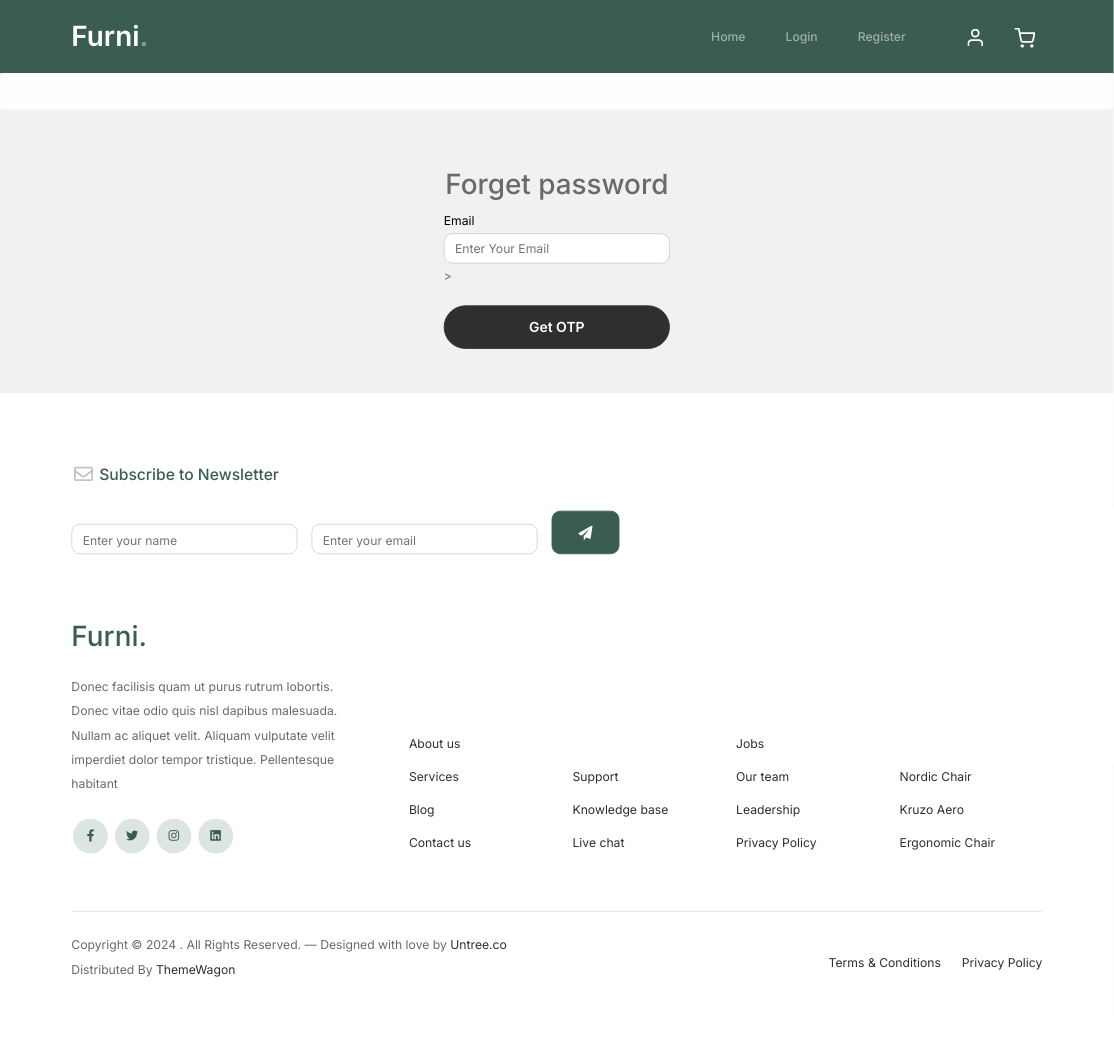
Repository: testuser85495/Java-Practical
Page: http://localhost/Project_Demo/forgetpassword.jsp
An editor plug-in stored every save of this project. The page is shown before and after the next save, followed by the edit.
The browser window is 1280 px wide. The pictures show the whole page, at 87% of full size.
The page is served by Tomcat 9. Other server files are loaded and not shown.

Above is the page before, as saved 2024-07-14 08:40:21.

### Project_Demo/src/main/webapp/forgetpassword.jsp
<%@ page language="java" contentType="text/html; charset=UTF-8"
	pageEncoding="UTF-8"%>
<%--  <%@include file="header.jsp"%>  --%>
<!DOCTYPE html>
<html>
<head>
<meta charset="UTF-8">
<!-- Bootstrap CSS -->
<link href="css/bootstrap.min.css" rel="stylesheet">
<link
	href="https://cdnjs.cloudflare.com/ajax/libs/font-awesome/6.0.0-beta3/css/all.min.css"
	rel="stylesheet">
<link href="css/tiny-slider.css" rel="stylesheet">
<link href="css/style.css" rel="stylesheet">
<title>Customer Forget password</title>
<style>
.btn {
	margin-top: 20px;
	width: 100%;
}

.form-control {
	height: 35px;
	border-radius: 10px;
	font-family: "Inter", sans-serif;
}

.contain {
	display: flex;
	align-items: center;
	justify-content: center;
	height: 310px;
	width: 50%;
}

.main {
	display: flex;
	align-items: center;
	justify-content: center;
}

.scriptlet {
	color: red;
	font-size: 10px;
}

.reg {
	margin-top: 20px;
}

.dropdown:hover .dropdown-content {
	display: block;
}

.dropdown-content {
	display: none;
	position: absolute;
	background-color: #3b5d50;
	min-width: 200px;
	box-shadow: 0px 8px 16px 0px rgba(0, 0, 0, 0.2);
	padding: 11px;
	z-index: 10;
	/* margin-left: 0px; */
}

.dropdown {
	position: relative;
	display: inline-block;
}
</style>
</head>
<body>
	<!-- Start Header/Navigation -->
	<nav
		class="custom-navbar navbar navbar navbar-expand-md navbar-dark bg-dark"
		arial-label="Furni navigation bar">

		<div class="container">
			<a class="navbar-brand" href="index.html">Furni<span>.</span></a>

			<button class="navbar-toggler" type="button"
				data-bs-toggle="collapse" data-bs-target="#navbarsFurni"
				aria-controls="navbarsFurni" aria-expanded="false"
				aria-label="Toggle navigation">
				<span class="navbar-toggler-icon"></span>
			</button>

			<div class="collapse navbar-collapse" id="navbarsFurni">
				<ul class="custom-navbar-nav navbar-nav ms-auto mb-2 mb-md-0">
					<li class="nav-item "><a class="nav-link" href="index.jsp">Home</a>
					</li>
					<div class="dropdown">
						<li><a class="nav-link" href="#">Login</a></li>
						<div class="dropdown-content">
							<ul type="none">
								<li><a href="login.jsp" style="text-decoration: none;">cust-login</a></li>
							</ul>
							<ul type="none">
								<li><a href="sell-login.jsp" style="text-decoration: none;">sell-login</a></li>
							</ul>
						</div>
					</div>
					<div class="dropdown">
						<li><a class="nav-link" href="#">Register</a></li>
						<div class="dropdown-content">
							<ul type="none">
								<li><a href="register.jsp" style="text-decoration: none;">cust-Register</a></li>
							</ul>
							<ul type="none">
								<li><a href="sell-register.jsp"
									style="text-decoration: none;">sell-Register</a></li>
							</ul>
						</div>
					</div>
					<!-- <li><a class="nav-link" href="register.jsp">register</a></li>
						<li><a class="nav-link" href="login.jsp">login</a></li> -->
				</ul>

				<ul class="custom-navbar-cta navbar-nav mb-2 mb-md-0 ms-5">
					<li><a class="nav-link" href="#"><img
							src="images/user.svg"></a></li>
					<li><a class="nav-link" href="cart.html"><img
							src="images/cart.svg"></a></li>
				</ul>
			</div>
		</div>

	</nav>
	<!-- End Header/Navigation -->
	<div class="alert alert-light" role="alert">

		<h5 class="scriptlet">
			<%
			String email = (String) request.getAttribute("email");
			String msg = (String) request.getAttribute("msg");
			String msg1 = (String) request.getAttribute("msg1");
			if (email != null) {
				out.print(email);
			}
			if (msg1 != null) {
				out.print(msg1);
			}
			%>
			<%
			if (msg != null) {
				out.print(msg);
			%>
			<%
			}
			%>
		</h5>

	</div>
	<form action="Customercontroller" method="post">
		<div class="main">
			<div class="contain">
				<div class="">
					<div class="">
						<h2 style="text-align: center;">Forget password</h2>
					</div>
					<div class="">
						<div class="form-group">
							<label class="text-black" for="lname">Email</label>
							<input type="email" class="form-control" name="email" id="lname"
								<!-- placeholder="Enter Your Email" -->>
						</div>
					</div>
					<input type="submit" class="btn btn-primary-hover-outline" name="action" value="Get OTP">
				</div>
			</div>
		</div>
	</form>
</body>
</html>
<%@include file="footer.jsp"%>

### Project_Demo/src/main/webapp/footer.jsp
<%@ page language="java" contentType="text/html; charset=UTF-8"
	pageEncoding="UTF-8"%>
<!DOCTYPE html>
<html>
<head>
  <meta charset="utf-8">
  <meta name="viewport" content="width=device-width, initial-scale=1, shrink-to-fit=no">
  <meta name="author" content="Untree.co">
  <link rel="shortcut icon" href="favicon.png">

  <meta name="description" content="" />
  <meta name="keywords" content="bootstrap, bootstrap4" />

		<!-- Bootstrap CSS -->
		<link href="css/bootstrap.min.css" rel="stylesheet">
		<link href="https://cdnjs.cloudflare.com/ajax/libs/font-awesome/6.0.0-beta3/css/all.min.css" rel="stylesheet">
		<link href="css/tiny-slider.css" rel="stylesheet">
		<link href="css/style.css" rel="stylesheet">
		<title>Shoping</title>
	</head>

<body>
	<!-- Start Footer Section -->
	<footer class="footer-section">
		<div class="container relative">

			<div class="sofa-img">
				<!-- <img src="images/sofa.png" alt="Image" class="img-fluid"> -->
			</div>

			<div class="row">
				<div class="col-lg-8">
					<div class="subscription-form">
						<h3 class="d-flex align-items-center">
							<span class="me-1"><img src="images/envelope-outline.svg"
								alt="Image" class="img-fluid"></span><span>Subscribe to
								Newsletter</span>
						</h3>

						<form action="#" class="row g-3">
							<div class="col-auto">
								<input type="text" class="form-control"
									placeholder="Enter your name">
							</div>
							<div class="col-auto">
								<input type="email" class="form-control"
									placeholder="Enter your email">
							</div>
							<div class="col-auto">
								<button class="btn btn-primary">
									<span class="fa fa-paper-plane"></span>
								</button>
							</div>
						</form>

					</div>
				</div>
			</div>

			<div class="row g-5 mb-5">
				<div class="col-lg-4">
					<div class="mb-4 footer-logo-wrap">
						<a href="#" class="footer-logo">Furni<span>.</span></a>
					</div>
					<p class="mb-4">Donec facilisis quam ut purus rutrum lobortis.
						Donec vitae odio quis nisl dapibus malesuada. Nullam ac aliquet
						velit. Aliquam vulputate velit imperdiet dolor tempor tristique.
						Pellentesque habitant</p>

					<ul class="list-unstyled custom-social">
						<li><a href="#"><span class="fa fa-brands fa-facebook-f"></span></a></li>
						<li><a href="#"><span class="fa fa-brands fa-twitter"></span></a></li>
						<li><a href="#"><span class="fa fa-brands fa-instagram"></span></a></li>
						<li><a href="#"><span class="fa fa-brands fa-linkedin"></span></a></li>
					</ul>
				</div>

				<div class="col-lg-8">
					<div class="row links-wrap">
						<div class="col-6 col-sm-6 col-md-3">
							<ul class="list-unstyled">
								<li><a href="#">About us</a></li>
								<li><a href="#">Services</a></li>
								<li><a href="#">Blog</a></li>
								<li><a href="#">Contact us</a></li>
							</ul>
						</div>

						<div class="col-6 col-sm-6 col-md-3">
							<ul class="list-unstyled">
								<li><a href="#">Support</a></li>
								<li><a href="#">Knowledge base</a></li>
								<li><a href="#">Live chat</a></li>
							</ul>
						</div>

						<div class="col-6 col-sm-6 col-md-3">
							<ul class="list-unstyled">
								<li><a href="#">Jobs</a></li>
								<li><a href="#">Our team</a></li>
								<li><a href="#">Leadership</a></li>
								<li><a href="#">Privacy Policy</a></li>
							</ul>
						</div>

						<div class="col-6 col-sm-6 col-md-3">
							<ul class="list-unstyled">
								<li><a href="#">Nordic Chair</a></li>
								<li><a href="#">Kruzo Aero</a></li>
								<li><a href="#">Ergonomic Chair</a></li>
							</ul>
						</div>
					</div>
				</div>

			</div>

			<div class="border-top copyright">
				<div class="row pt-4">
					<div class="col-lg-6">
						<p class="mb-2 text-center text-lg-start">
							Copyright &copy;
							<script>
								document.write(new Date().getFullYear());
							</script>
							. All Rights Reserved. &mdash; Designed with love by <a
								href="https://untree.co">Untree.co</a> Distributed By <a
								href="https://themewagon.com">ThemeWagon</a>
							<!-- License information: https://untree.co/license/ -->
						</p>
					</div>

					<div class="col-lg-6 text-center text-lg-end">
						<ul class="list-unstyled d-inline-flex ms-auto">
							<li class="me-4"><a href="#">Terms &amp; Conditions</a></li>
							<li><a href="#">Privacy Policy</a></li>
						</ul>
					</div>

				</div>
			</div>

		</div>
	</footer>
	<!-- End Footer Section -->
	<script src="js/bootstrap.bundle.min.js"></script>
		<script src="js/tiny-slider.js"></script>
		<script src="js/custom.js"></script>
</body>
</html>

### Project_Demo/src/main/webapp/css/tiny-slider.css
.tns-outer {
	padding: 0 !important
}

.tns-outer [hidden] {
	display: none !important
}

.tns-outer [aria-controls],
.tns-outer [data-action] {
	cursor: pointer
}

.tns-slider {
	-webkit-transition: all 0s;
	-moz-transition: all 0s;
	transition: all 0s
}

.tns-slider>.tns-item {
	-webkit-box-sizing: border-box;
	-moz-box-sizing: border-box;
	box-sizing: border-box
}

.tns-horizontal.tns-subpixel {
	white-space: nowrap
}

.tns-horizontal.tns-subpixel>.tns-item {
	display: inline-block;
	vertical-align: top;
	white-space: normal
}

.tns-horizontal.tns-no-subpixel:after {
	content: '';
	display: table;
	clear: both
}

.tns-horizontal.tns-no-subpixel>.tns-item {
	float: left
}

.tns-horizontal.tns-carousel.tns-no-subpixel>.tns-item {
	margin-right: -100%
}

.tns-no-calc {
	position: relative;
	left: 0
}

.tns-gallery {
	position: relative;
	left: 0;
	min-height: 1px
}

.tns-gallery>.tns-item {
	position: absolute;
	left: -100%;
	-webkit-transition: transform 0s, opacity 0s;
	-moz-transition: transform 0s, opacity 0s;
	transition: transform 0s, opacity 0s
}

.tns-gallery>.tns-slide-active {
	position: relative;
	left: auto !important
}

.tns-gallery>.tns-moving {
	-webkit-transition: all 0.25s;
	-moz-transition: all 0.25s;
	transition: all 0.25s
}

.tns-autowidth {
	display: inline-block
}

.tns-lazy-img {
	-webkit-transition: opacity 0.6s;
	-moz-transition: opacity 0.6s;
	transition: opacity 0.6s;
	opacity: 0.6
}

.tns-lazy-img.tns-complete {
	opacity: 1
}

.tns-ah {
	-webkit-transition: height 0s;
	-moz-transition: height 0s;
	transition: height 0s
}

.tns-ovh {
	overflow: hidden
}

.tns-visually-hidden {
	position: absolute;
	left: -10000em
}

.tns-transparent {
	opacity: 0;
	visibility: hidden
}

.tns-fadeIn {
	opacity: 1;
	filter: alpha(opacity=100);
	z-index: 0
}

.tns-normal,
.tns-fadeOut {
	opacity: 0;
	filter: alpha(opacity=0);
	z-index: -1
}

.tns-vpfix {
	white-space: nowrap
}

.tns-vpfix>div,
.tns-vpfix>li {
	display: inline-block
}

.tns-t-subp2 {
	margin: 0 auto;
	width: 310px;
	position: relative;
	height: 10px;
	overflow: hidden
}

.tns-t-ct {
	width: 2333.3333333%;
	width: -webkit-calc(100% * 70/ 3);
	width: -moz-calc(100% * 70/ 3);
	width: calc(100% * 70/ 3);
	position: absolute;
	right: 0
}

.tns-t-ct:after {
	content: '';
	display: table;
	clear: both
}

.tns-t-ct>div {
	width: 1.4285714%;
	width: -webkit-calc(100%/ 70);
	width: -moz-calc(100%/ 70);
	width: calc(100%/ 70);
	height: 10px;
	float: left
}

/*# sourceMappingURL=sourcemaps/tiny-slider.css.map */

Loaded but not shown: Project_Demo/src/main/webapp/css/bootstrap.min.css (library); Project_Demo/src/main/webapp/js/bootstrap.bundle.min.js (library); Project_Demo/src/main/webapp/js/tiny-slider.js (library); Project_Demo/src/main/webapp/images/envelope-outline.svg (10 lines, source omitted); Project_Demo/src/main/webapp/images/cart.svg (5 lines, source omitted); Project_Demo/src/main/webapp/images/user.svg (4 lines, source omitted); Project_Demo/src/main/webapp/js/custom.js (73 lines, source omitted); Project_Demo/src/main/webapp/css/style.css (1033 lines, source omitted)

After the next save:
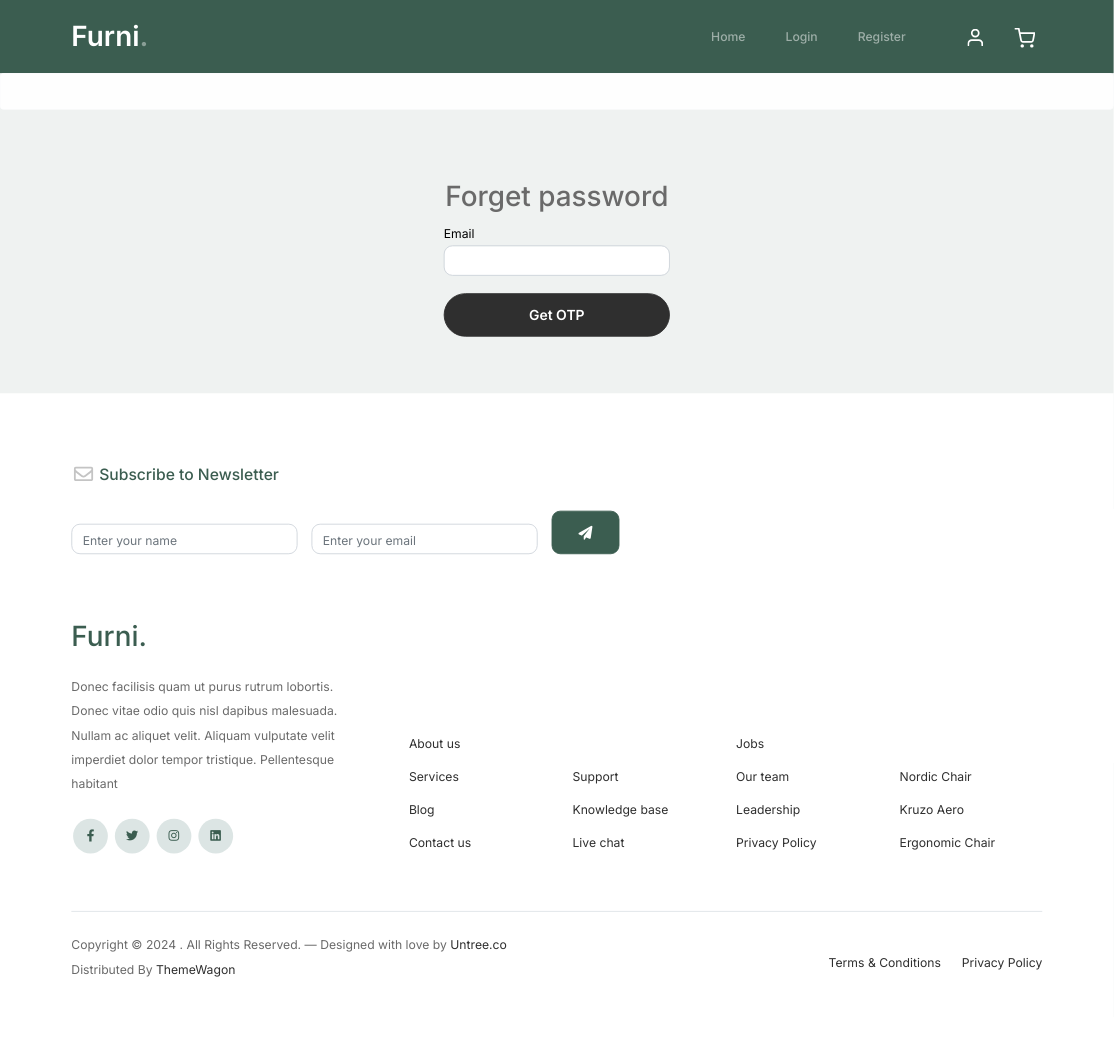
Saved 8 s later.
--- a/Project_Demo/src/main/webapp/forgetpassword.jsp
+++ b/Project_Demo/src/main/webapp/forgetpassword.jsp
@@ -161,8 +161,8 @@
 					<div class="">
 						<div class="form-group">
 							<label class="text-black" for="lname">Email</label>
-							<input type="email" class="form-control" name="email" id="lname"
-								<!-- placeholder="Enter Your Email" -->>
+							<input type="email" class="form-control" name="email" id="lname" >
+								<!-- placeholder="Enter Your Email" -->
 						</div>
 					</div>
 					<input type="submit" class="btn btn-primary-hover-outline" name="action" value="Get OTP">
